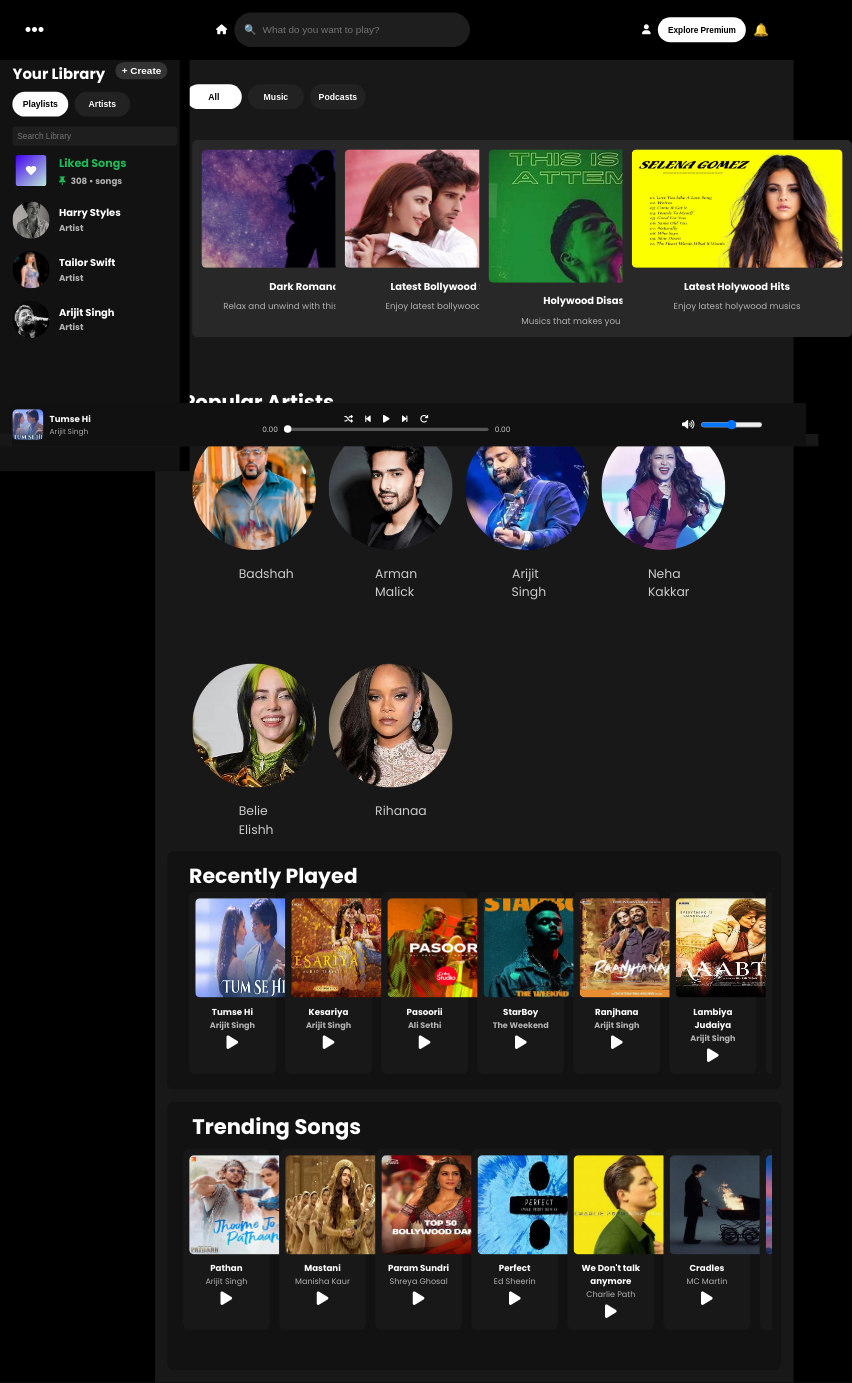
Repository: IshikaSinghRajput/Spotify_Clone
Page: index.html
An editor plug-in stored every save of this project. The page is shown before and after the next save, followed by the edit.
The browser window is 1280 px wide. The page is 1374 px wide, so the pictures cover 1374 px, including what lies to the right of the window. The pictures show the whole page, at 62% of full size.

Above is the page before, as saved 2025-04-26 16:21:53.

After the next save:
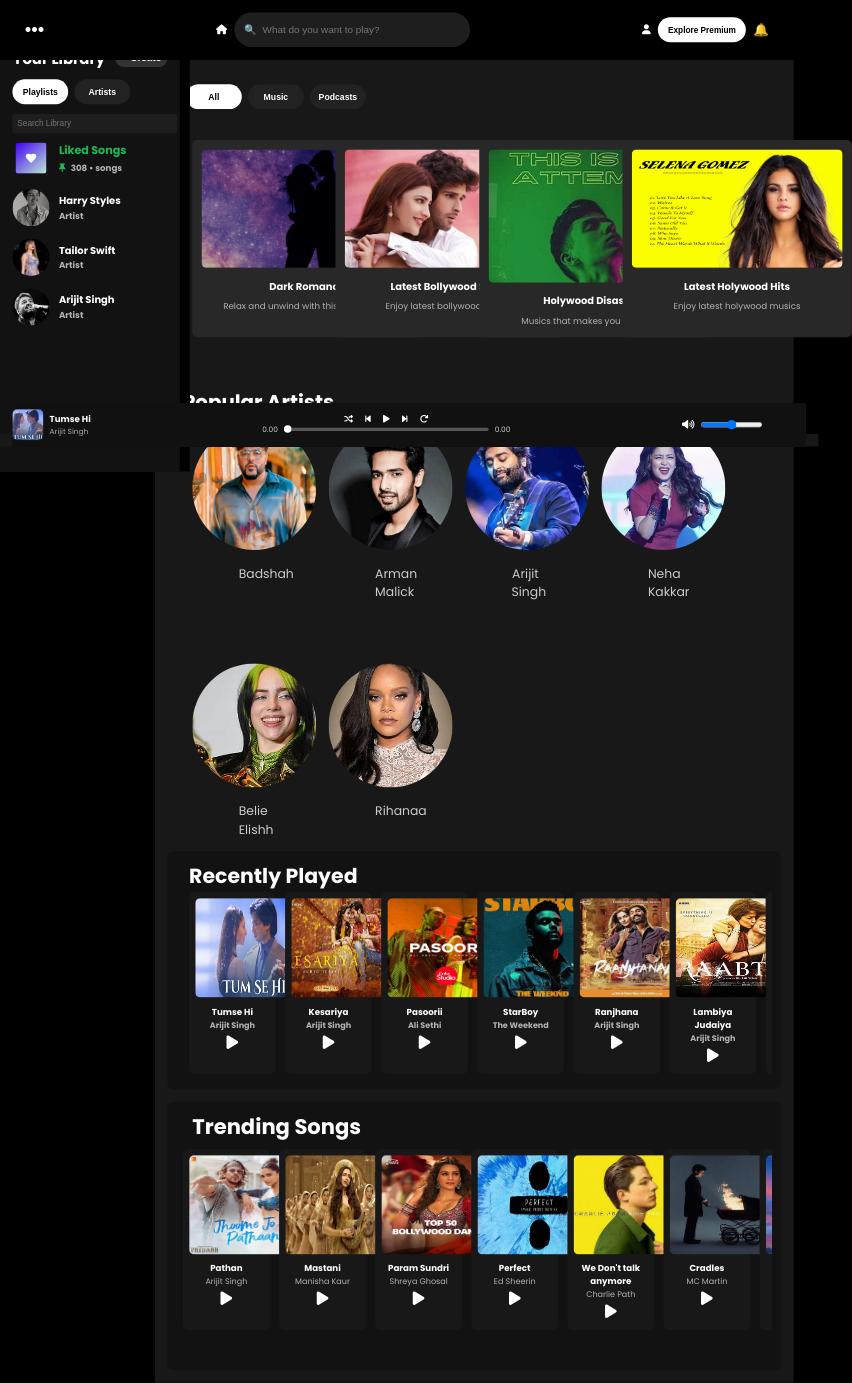
Saved 38 s later.
--- a/style.css
+++ b/style.css
@@ -424,7 +424,7 @@
 
 
   .sidebar-library {
-    margin-top: 80px;
+    margin-top: 40px;
     flex-grow: 1;
   }
 
@@ -435,6 +435,7 @@
     align-items: center;
     font-weight: bold;
     margin-bottom: 10px;
+    margin-top: 10px;
     border-radius: 20px;
   }
 
